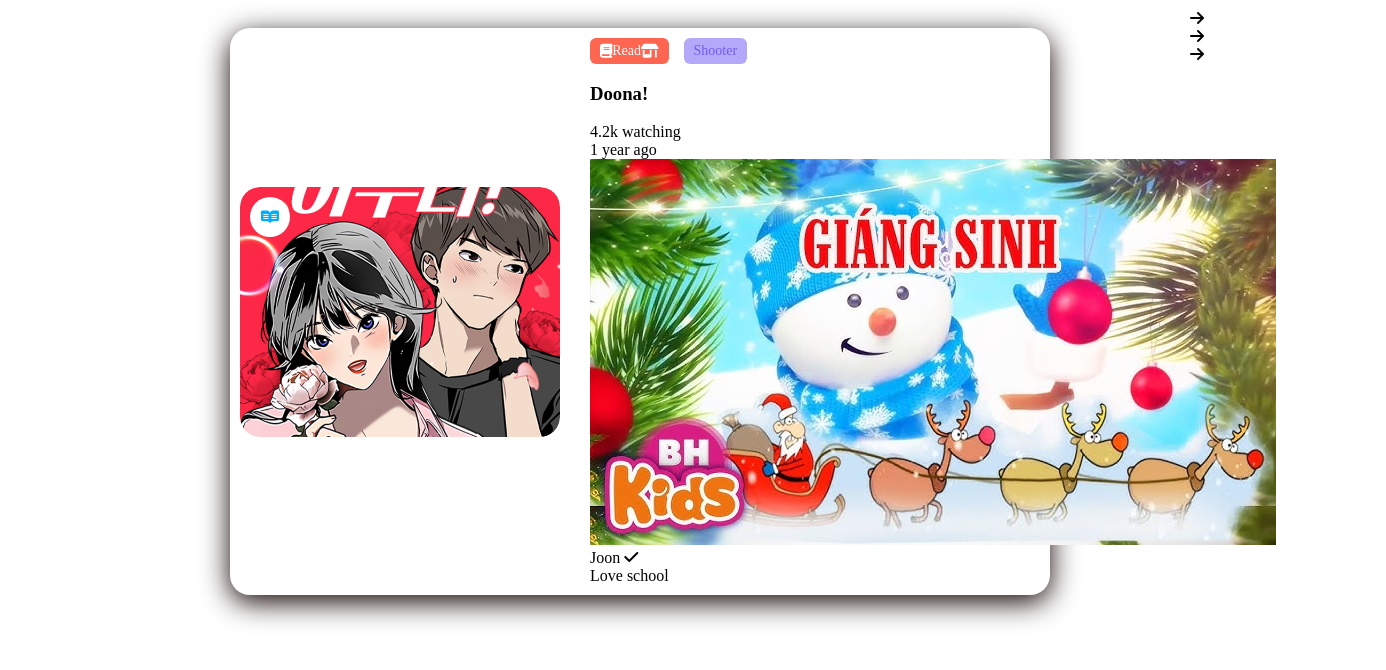
Repository: 16-Doffy/FE-UI
Page: fe_info_webtoon/index.html
These files come from the project's save history. The page is drawn as it stood at one moment and after the next save; the edit follows.
The browser window is 1280 px wide. The page is 1386 px wide, so the pictures cover 1386 px, including what lies to the right of the window. The pictures show the whole page.

Above is the page before, as saved 2024-12-26 16:55:32.

After the next save:
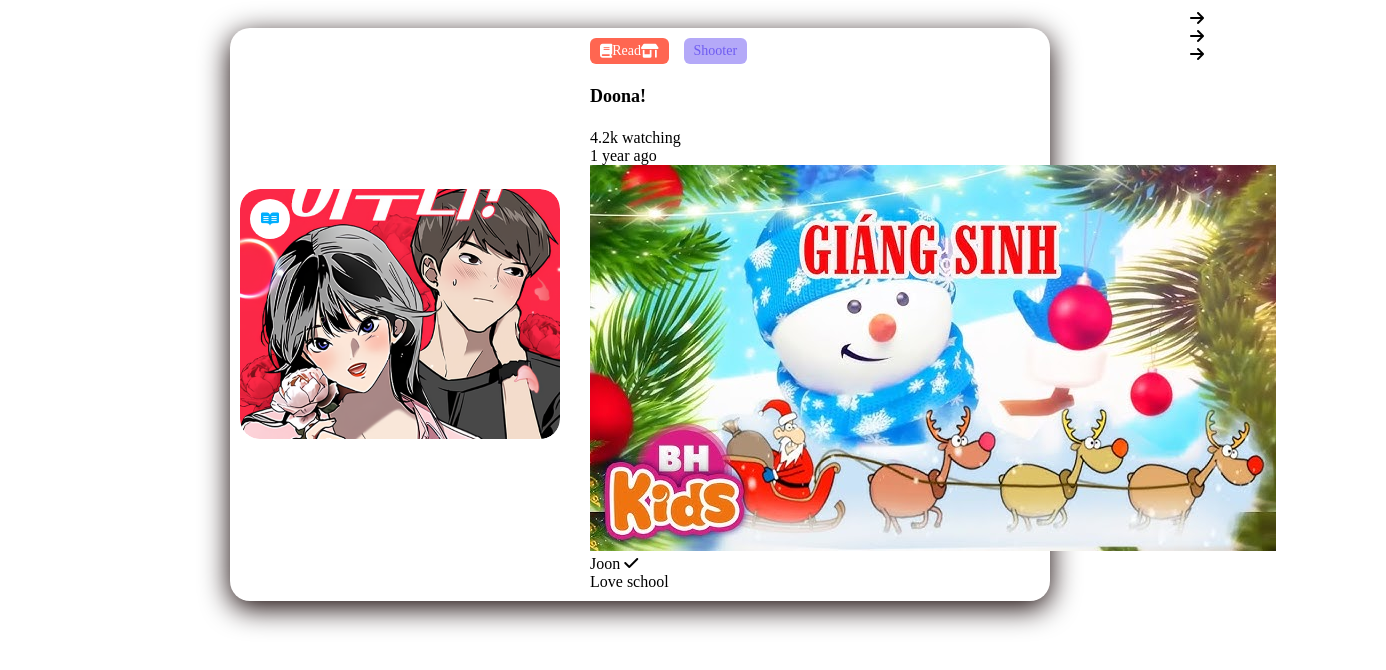
Saved 75 s later.
--- a/fe_info_webtoon/styles.css
+++ b/fe_info_webtoon/styles.css
@@ -54,6 +54,7 @@
 }
 .card-top {
 display: flex;
+margin-bottom: 15px;
 }
 .card-live,.card-category
  {
@@ -74,6 +75,9 @@
 }
 
 .card-title {
+font-size: 18px;
+line-height: 1.6;
+color: black;
 
 }
 .card-meta {
